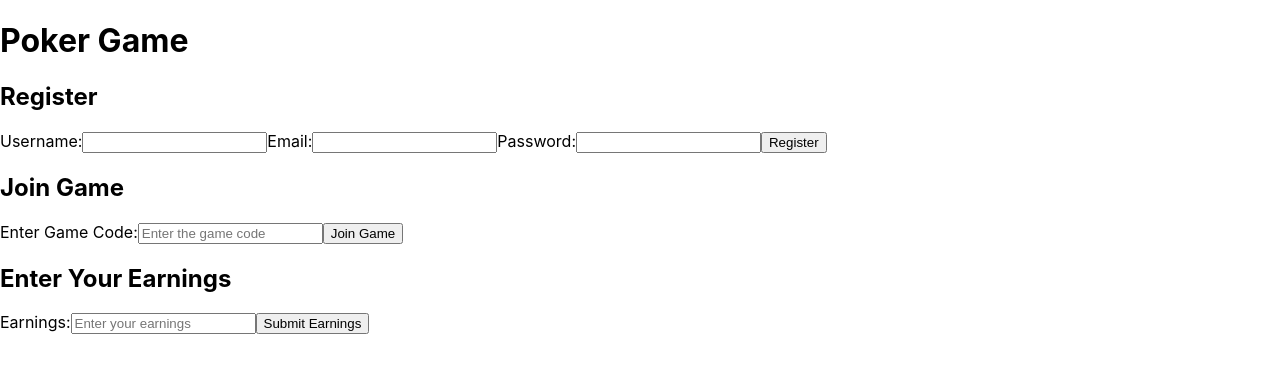
Repository: scripzy/poker-tracker
Page: / (app in poker-website/)
The author's editor kept a copy of each file at every save. The page is drawn from the files as they stood at one save, then again after the next save.
The browser window is 1280 px wide. The pictures show the whole page.
The project was rebuilt for these pictures with package versions that can differ from the ones it lists, and the page was loaded fresh each time. A package was used in the major version that the imports need, not the one package.json lists.

Above is the page before, as saved 2025-02-24 12:45:41.

### poker-website/src/App.js
import React from 'react';
import RegisterForm from './components/RegisterForm'; // Default import
import CreateGameForm from './components/CreateGameForm'; // Default import
import JoinGameForm from './components/JoinGameForm'; // Default import
import EarningsForm from './components/EarningsForm'; // Default import

function App() {
    return (
        <div className="App">
            <h1>Poker Game</h1>
            <RegisterForm />
            <CreateGameForm />
            <JoinGameForm />
            <EarningsForm />
        </div>
    );
}

export default App;  // Default export

### poker-website/src/components/RegisterForm.js
import React, { useState } from 'react';

function RegisterForm() {
    const [username, setUsername] = useState('');
    const [email, setEmail] = useState('');
    const [password, setPassword] = useState('');

    const handleSubmit = (e) => {
        e.preventDefault();
        console.log('User registered:', { username, email, password });
    };

    return (
        <section id="register">
            <h2>Register</h2>
            <form onSubmit={handleSubmit}>
                <label htmlFor="username">Username:</label>
                <input
                    type="text"
                    id="username"
                    value={username}
                    onChange={(e) => setUsername(e.target.value)}
                    required
                />
                <label htmlFor="email">Email:</label>
                <input
                    type="email"
                    id="email"
                    value={email}
                    onChange={(e) => setEmail(e.target.value)}
                    required
                />
                <label htmlFor="password">Password:</label>
                <input
                    type="password"
                    id="password"
                    value={password}
                    onChange={(e) => setPassword(e.target.value)}
                    required
                />
                <button type="submit">Register</button>
            </form>
        </section>
    );
}

export default RegisterForm; // Default export

### poker-website/src/components/CreateGameForm.js
import React, { useState } from 'react';

function CreateGameForm() {
    // Component logic here...
}

export default CreateGameForm;  // Default export

### poker-website/src/components/JoinGameForm.js
import React, { useState } from 'react';

function JoinGameForm() {
    const [gameCode, setGameCode] = useState('');

    const handleSubmit = (e) => {
        e.preventDefault();
        console.log('Joining game with code:', gameCode);
        // Here, you can verify the game code with the backend and allow the player to join the game.
    };

    return (
        <section id="join-game">
            <h2>Join Game</h2>
            <form onSubmit={handleSubmit}>
                <label htmlFor="gameCode">Enter Game Code:</label>
                <input
                    type="text"
                    id="gameCode"
                    value={gameCode}
                    onChange={(e) => setGameCode(e.target.value)}
                    required
                    placeholder="Enter the game code"
                />
                <button type="submit">Join Game</button>
            </form>
        </section>
    );
}

export default JoinGameForm;

### poker-website/src/components/EarningsForm.js
import React, { useState } from 'react';

function EarningsForm() {
    const [earnings, setEarnings] = useState('');

    const handleSubmit = (e) => {
        e.preventDefault();
        console.log('Earnings submitted:', earnings);
        // You can send this earnings data to the backend here.
    };

    return (
        <section id="earnings">
            <h2>Enter Your Earnings</h2>
            <form onSubmit={handleSubmit}>
                <label htmlFor="earnings">Earnings:</label>
                <input
                    type="number"
                    id="earnings"
                    value={earnings}
                    onChange={(e) => setEarnings(e.target.value)}
                    required
                    placeholder="Enter your earnings"
                />
                <button type="submit">Submit Earnings</button>
            </form>
        </section>
    );
}

export default EarningsForm;

Loaded but not shown: poker-website/public/index.html (common file); poker-website/src/index.js (common file); poker-website/src/index.css (common file); poker-website/src/reportWebVitals.js (common file)

After the next save:
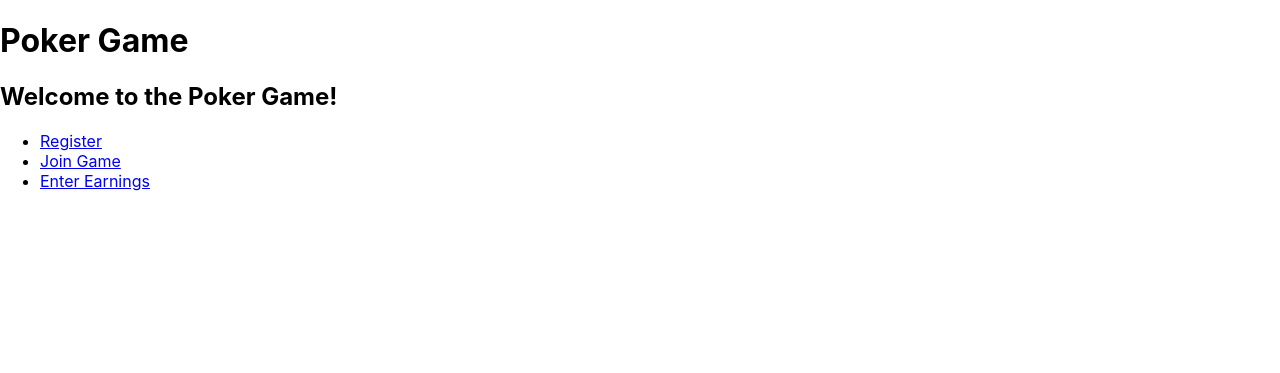
Saved 82 s later.
--- a/poker-website/src/App.js
+++ b/poker-website/src/App.js
@@ -1,19 +1,41 @@
 import React from 'react';
-import RegisterForm from './components/RegisterForm'; // Default import
-import CreateGameForm from './components/CreateGameForm'; // Default import
-import JoinGameForm from './components/JoinGameForm'; // Default import
-import EarningsForm from './components/EarningsForm'; // Default import
+import { BrowserRouter as Router, Route, Switch } from 'react-router-dom';
+import RegisterForm from './components/RegisterForm';
+import CreateGameForm from './components/CreateGameForm';
+import JoinGameForm from './components/JoinGameForm';
+import EarningsForm from './components/EarningsForm';
 
 function App() {
     return (
-        <div className="App">
-            <h1>Poker Game</h1>
-            <RegisterForm />
-            <CreateGameForm />
-            <JoinGameForm />
-            <EarningsForm />
+        <Router>
+            <div className="App">
+                <h1>Poker Game</h1>
+                <Switch>
+                    {/* Define routes for different pages */}
+                    <Route path="/register" component={RegisterForm} />
+                    <Route path="/join-game" component={JoinGameForm} />
+                    <Route path="/earnings" component={EarningsForm} />
+                    <Route exact path="/" component={HomePage} /> {/* Home page with links to navigate */}
+                </Switch>
+            </div>
+        </Router>
+    );
+}
+
+// A simple Home page with links to navigate
+function HomePage() {
+    return (
+        <div>
+            <h2>Welcome to the Poker Game!</h2>
+            <nav>
+                <ul>
+                    <li><a href="/register">Register</a></li>
+                    <li><a href="/join-game">Join Game</a></li>
+                    <li><a href="/earnings">Enter Earnings</a></li>
+                </ul>
+            </nav>
         </div>
     );
 }
 
-export default App;  // Default export
+export default App;
